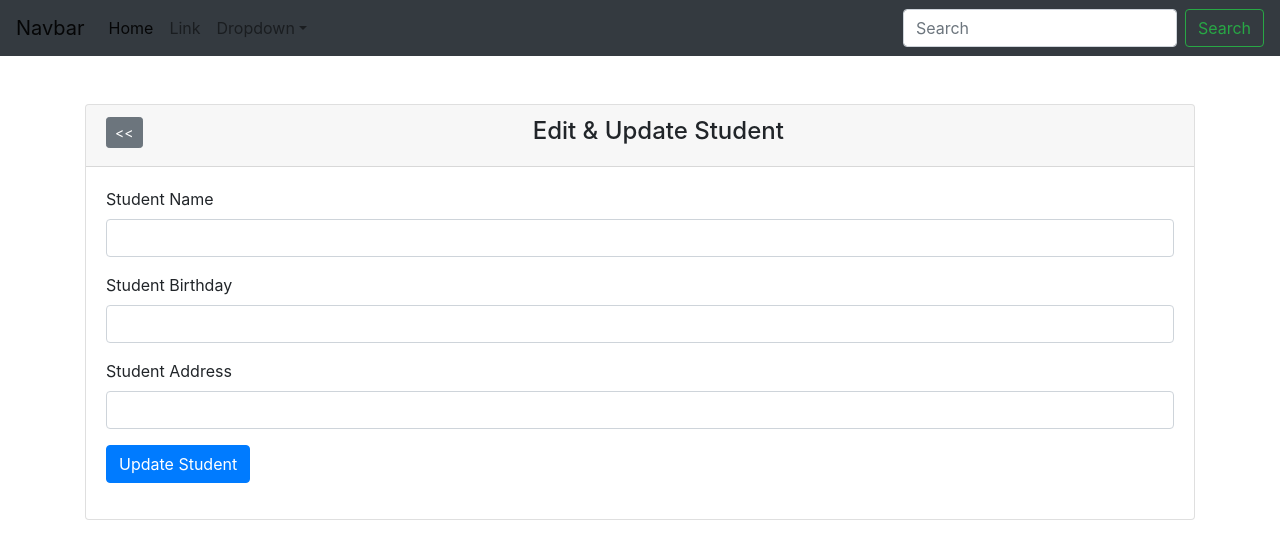
Repository: HungRau/TLU3675-php-laravel
Page: resources/views/student_edit.blade.php
These files come from the project's save history. The page is drawn as it stood at one moment and after the next save; the edit follows.
The browser window is 1280 px wide. The pictures show the whole page.
The page is served by the project's Laravel application, run on PHP 8.4 with Laravel 9. The template is opened directly, without the code that normally fills it, so the values that code supplies are empty.

Above is the page before, as saved 2022-10-15 18:54:31.

After the next save:
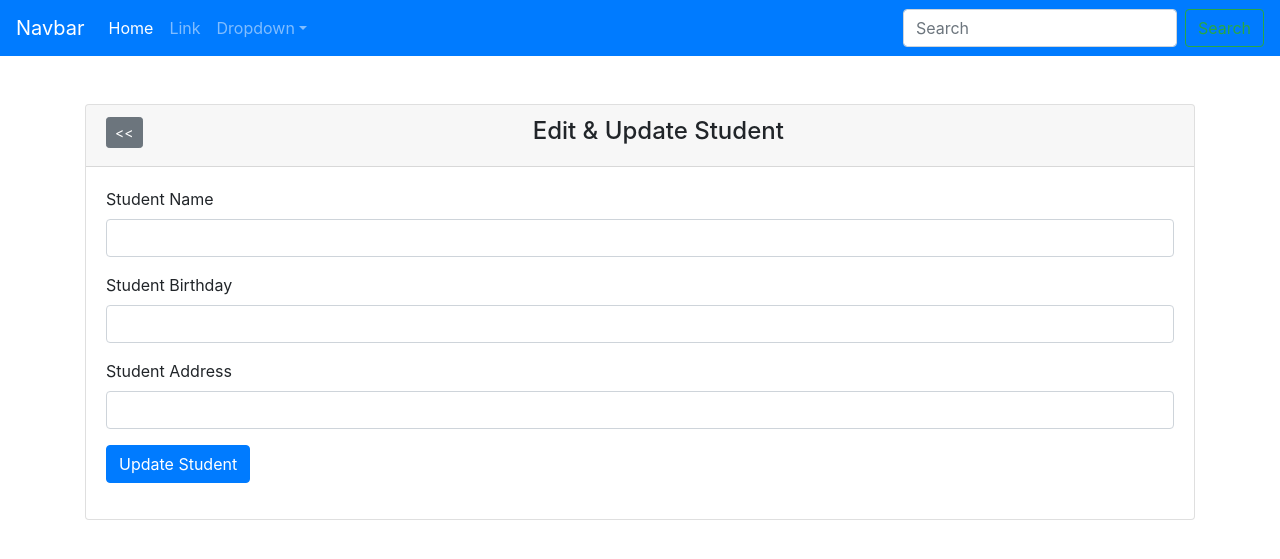
Saved 34 s later.
--- a/resources/views/student_edit.blade.php
+++ b/resources/views/student_edit.blade.php
@@ -10,12 +10,10 @@
     <link rel="stylesheet" href="https://stackpath.bootstrapcdn.com/bootstrap/4.3.1/css/bootstrap.min.css" integrity="sha384-ggOyR0iXCbMQv3Xipma34MD+dH/1fQ784/j6cY/iJTQUOhcWr7x9JvoRxT2MZw1T" crossorigin="anonymous">
   </head>
   <body>
-    <nav class="navbar navbar-expand-sm navbar-light bg-dark">
+    <nav class="navbar navbar-expand-sm navbar-dark bg-primary">
         <a class="navbar-brand" href="#">Navbar</a>
         <button class="navbar-toggler d-lg-none" type="button" data-toggle="collapse" data-target="#collapsibleNavId" aria-controls="collapsibleNavId"
-            aria-expanded="false" aria-label="Toggle navigation">
-            <span class="navbar-toggler-icon"></span>
-        </button>
+            aria-expanded="false" aria-label="Toggle navigation"></button>
         <div class="collapse navbar-collapse" id="collapsibleNavId">
             <ul class="navbar-nav mr-auto mt-2 mt-lg-0">
                 <li class="nav-item active">
